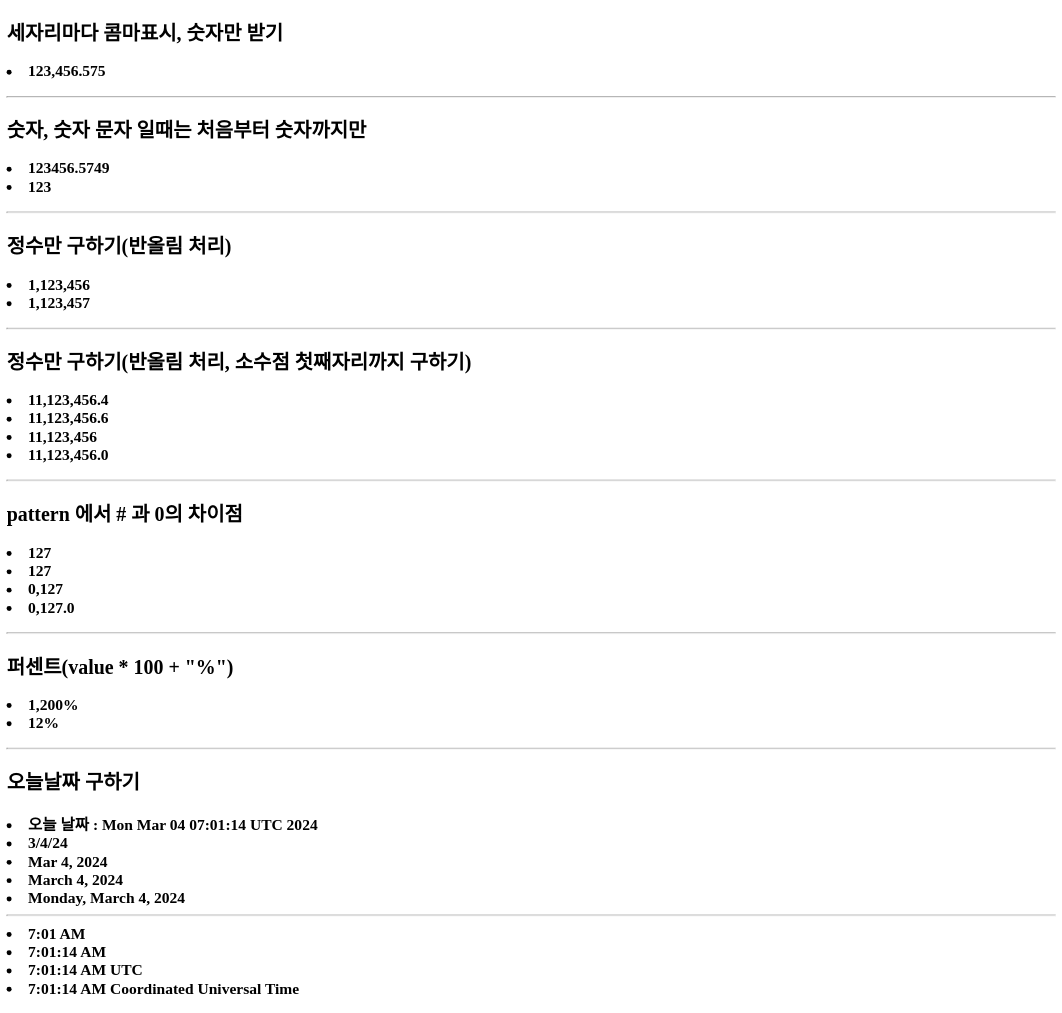
Repository: hagjun/jspstudy
Page: http://localhost/01_servlet/jsp/ex10_jstl.jsp
The author's editor kept a copy of each file at every save. The page is drawn from the files as they stood at one save, then again after the next save.
The browser window is 1280 px wide. The pictures show the whole page, at 83% of full size.
The page is served by Tomcat 9. Other server files are loaded and not shown.

Above is the page before, as saved 2024-03-07 04:10:42.

### 01_servlet/src/main/webapp/jsp/ex10_jstl.jsp
<%@ page language="java" contentType="text/html; charset=UTF-8"
    pageEncoding="UTF-8"%>
<%@ taglib prefix="c" uri="http://java.sun.com/jsp/jstl/core" %>
<%@ taglib prefix="fmt" uri="http://java.sun.com/jsp/jstl/fmt" %>
<!DOCTYPE html>
<html>
<head>
<meta charset="UTF-8">
<title>JSTL : 포맷팅(fmt) : 숫자와 날짜 포매팅</title>
</head>
<body>
	<h2>세자리마다 콤마표시, 숫자만 받기</h2>
	<h3>
		<li><fmt:formatNumber value="123456.5749" /></li>
		<%-- <li><fmt:formatNumber value="aaa123456.5749"></fmt:formatNumber></li> --%>
		<%-- <li><fmt:formatNumber value="123456.a5749"></fmt:formatNumber></li> --%>
	</h3>
	<hr>

	<h2>숫자, 숫자 문자 일때는 처음부터 숫자까지만</h2>
	<h3>
		<li><fmt:parseNumber value="123456.5749" /></li>
		<li><fmt:parseNumber value="123c4b56a.5749" /></li>
		<%-- <li><fmt:formatNumber value="123456.a5749"></fmt:formatNumber></li> --%>
	</h3>
	<hr>

	<h2>정수만 구하기(반올림 처리)</h2>
	<h3>
		<li><fmt:formatNumber value="1123456.4749" pattern="#,###"/></li>
		<li><fmt:formatNumber value="1123456.5749" pattern="#,###"/></li>
	</h3>
	<hr>

	<h2>정수만 구하기(반올림 처리, 소수점 첫째자리까지 구하기)</h2>
	<h3>
		<li><fmt:formatNumber value="11123456.4449" pattern="#,###.#"/></li>
		<li><fmt:formatNumber value="11123456.5749" pattern="#,###.#"/></li>
		<li><fmt:formatNumber value="11123456" pattern="#,###.#"/></li>
		<li><fmt:formatNumber value="11123456" pattern="#,###.0"/></li>
	</h3>
	<hr>

	<h2>pattern 에서 # 과 0의 차이점</h2>
	<h3>
		<li><fmt:formatNumber value="127" pattern="#,###"/></li>
		<li><fmt:formatNumber value="127" pattern="#,###.#"/></li>
		<li><fmt:formatNumber value="127" pattern="0,000"/></li>
		<li><fmt:formatNumber value="127" pattern="0,000.0"/></li>
	</h3>
	<hr>

	<h2>퍼센트(value * 100 + "%")</h2>
	<h3>
		<li><fmt:formatNumber value="12" type="percent"/></li>
		<li><fmt:formatNumber value="0.12" type="percent"/></li>
	</h3>
	<hr>

	<h2>오늘날짜 구하기</h2>
	<!-- 자바에 객체 생성과 같음 -->
	<jsp:useBean id="now" class="java.util.Date" />
	<h3>
		<li>오늘 날짜 : ${now}</li>
		<li><fmt:formatDate value="${now}" dateStyle="short"/></li>
		<li><fmt:formatDate value="${now}" dateStyle="medium"/></li>
		<li><fmt:formatDate value="${now}" dateStyle="long"/></li>
		<li><fmt:formatDate value="${now}" dateStyle="full"/></li>
		<hr>

		<li><fmt:formatDate value="${now}" type="time" timeStyle="short"/></li>
		<li><fmt:formatDate value="${now}" type="time" timeStyle="medium"/></li>
		<li><fmt:formatDate value="${now}" type="time" timeStyle="long"/></li>
		<li><fmt:formatDate value="${now}" type="time" timeStyle="full"/></li>
	</h3>
</body>
</html>

After the next save:
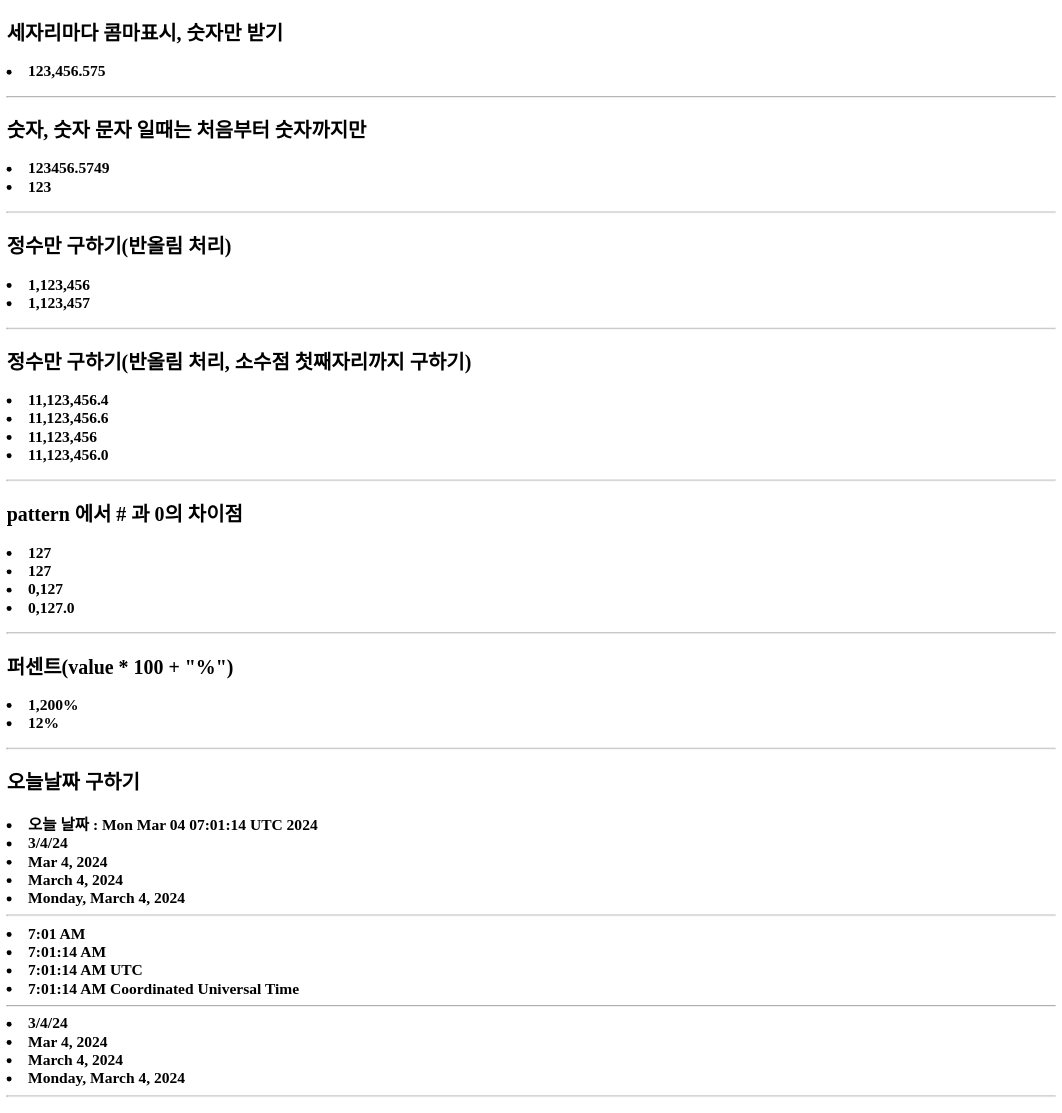
Saved 78 s later.
--- a/01_servlet/src/main/webapp/jsp/ex10_jstl.jsp
+++ b/01_servlet/src/main/webapp/jsp/ex10_jstl.jsp
@@ -72,6 +72,14 @@
 		<li><fmt:formatDate value="${now}" type="time" timeStyle="medium"/></li>
 		<li><fmt:formatDate value="${now}" type="time" timeStyle="long"/></li>
 		<li><fmt:formatDate value="${now}" type="time" timeStyle="full"/></li>
+		<hr>
+
+		<li><fmt:formatDate value="${now}" dateStyle="short" timeStyle="short"/></li>
+		<li><fmt:formatDate value="${now}" dateStyle="medium" timeStyle="medium"/></li>
+		<li><fmt:formatDate value="${now}" dateStyle="long" timeStyle="long"/></li>
+		<li><fmt:formatDate value="${now}" dateStyle="full" timeStyle="full"/></li>
+		<hr>
+
 	</h3>
 </body>
 </html>
